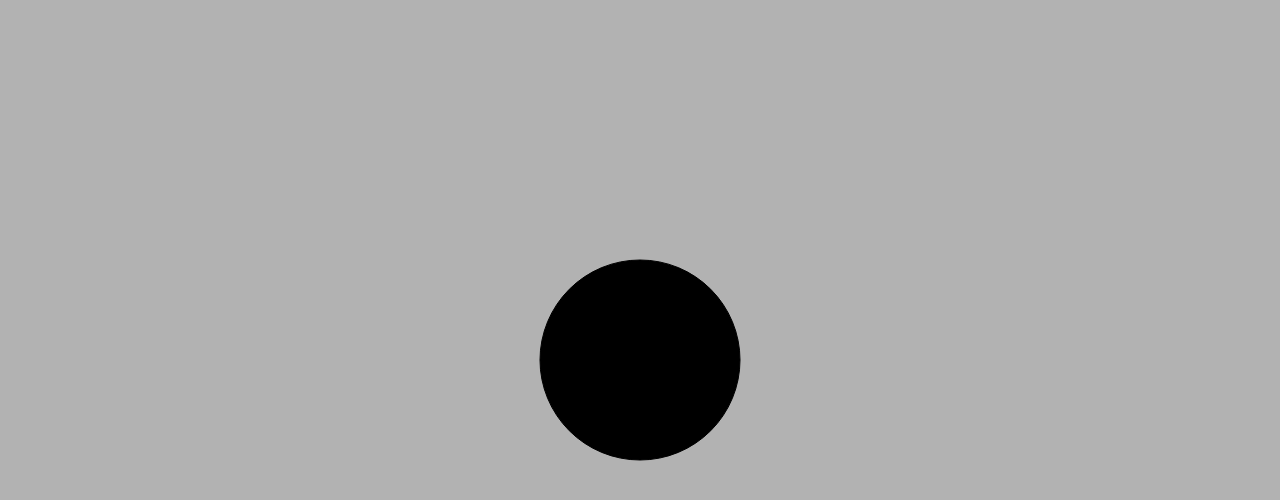
Repository: gyypwrs/css-practice
Page: adsorbed-circle/index.html
These files come from the project's save history. The page is drawn as it stood at one moment and after the next save; the edit follows.
The browser window is 1280 px wide. The pictures show the whole page.

Above is the page before, as saved 2022-05-13 16:06:26.

After the next save:
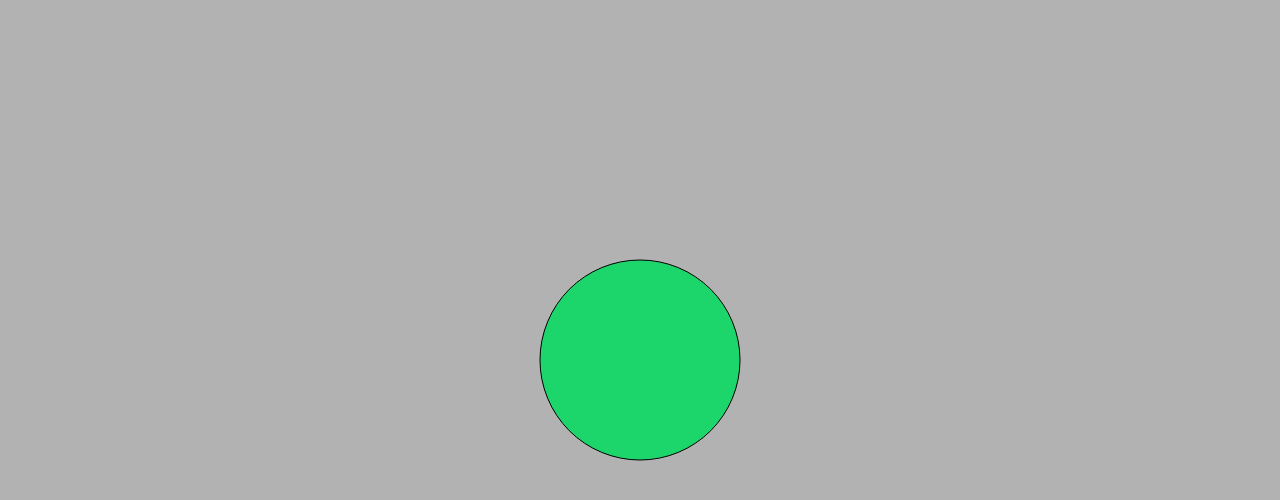
Saved 15 s later.
--- a/adsorbed-circle/index.html
+++ b/adsorbed-circle/index.html
@@ -46,7 +46,7 @@
     function drawRing() {
       ctx.beginPath()
       ctx.arc(width/2, height/2, 100, 0 ,2*Math.PI)
-      ctx.fillStyle="##1cd66c"
+      ctx.fillStyle="#1cd66c"
       ctx.fill()
       ctx.stroke()
 
